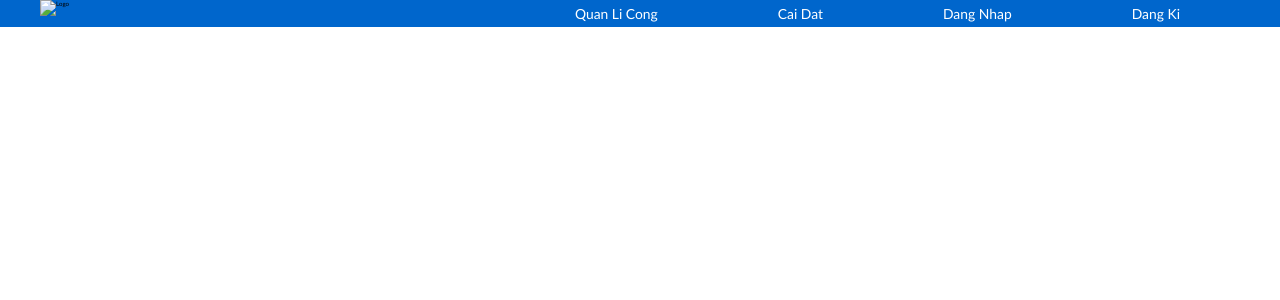
Repository: LDDUNG2003/a
Page: index.html
These files come from the project's save history. The page is drawn as it stood at one moment and after the next save; the edit follows.
The browser window is 1280 px wide. The pictures show the whole page.

Above is the page before, as saved 2023-10-12 14:09:39.

After the next save:
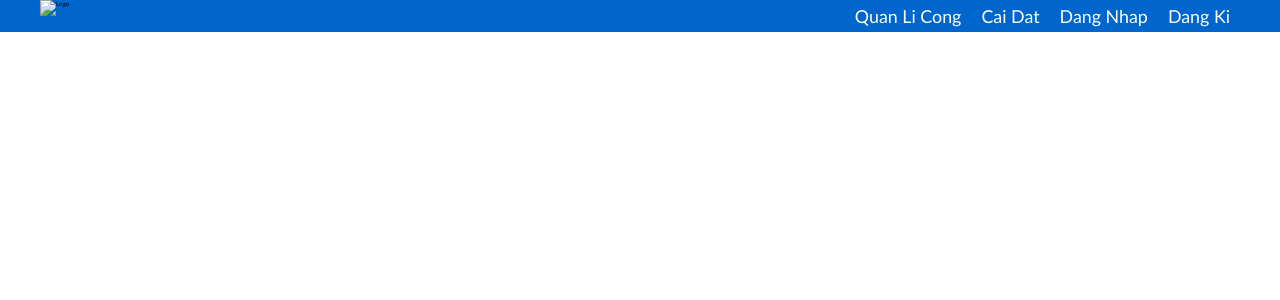
Saved 12 s later.
--- a/controlView/css/index.css
+++ b/controlView/css/index.css
@@ -31,9 +31,9 @@
 
 .navBar-list--link {
     color: #fff;
-    font-size: 1.4rem;
+    font-size: 1.8rem;
     text-decoration: none;
     text-transform: capitalize;
-    padding: 5px 60px;
+    padding: 5px 10px;
     display: block;
 }
